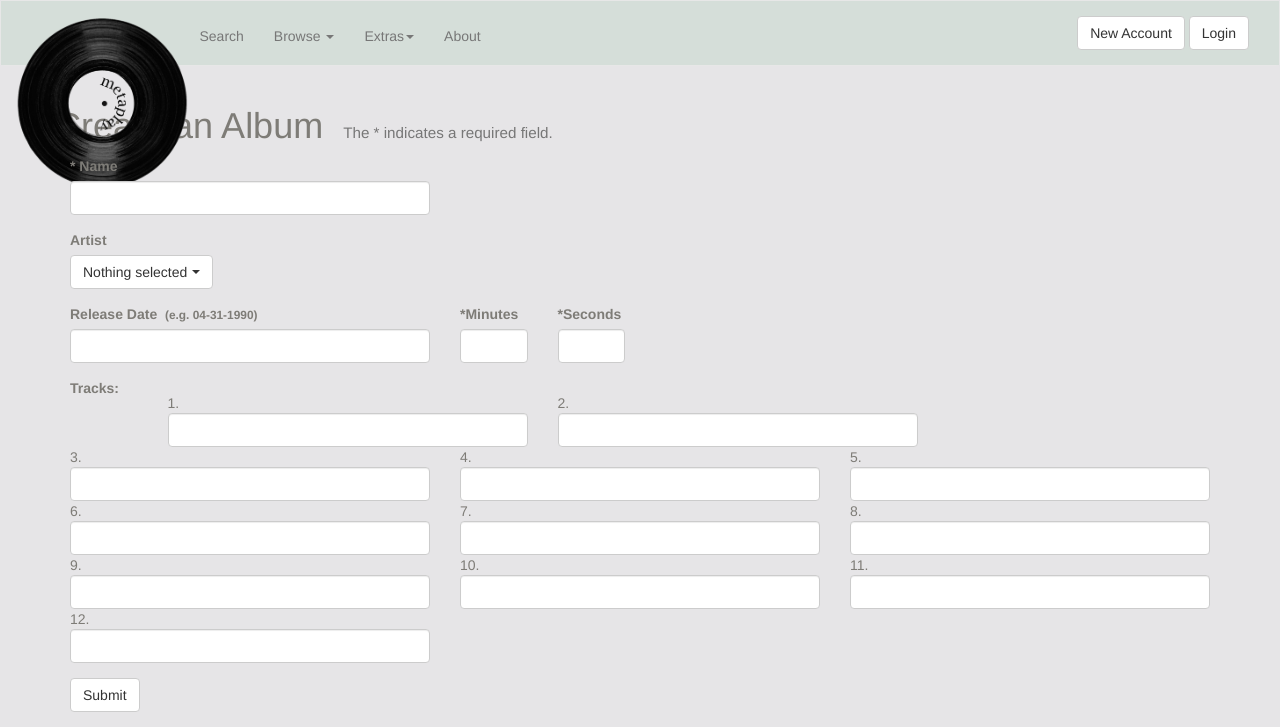
Repository: dRiott/Metaplay
Page: http://localhost/metaplay/WEB-INF/views/album_add.jsp
These files come from the project's save history. The page is drawn as it stood at one moment and after the next save; the edit follows.
The browser window is 1280 px wide. The pictures show the whole page.
Some web libraries are served in a nearby version. The page is served by Tomcat 9. Nobody is signed in. The template is opened directly, without the code that normally fills it, so the values that code supplies are empty.

Above is the page before, as saved 2015-09-29 20:31:14.
Console error: TypeError: Cannot set properties of null (setting 'value')

After the next save:
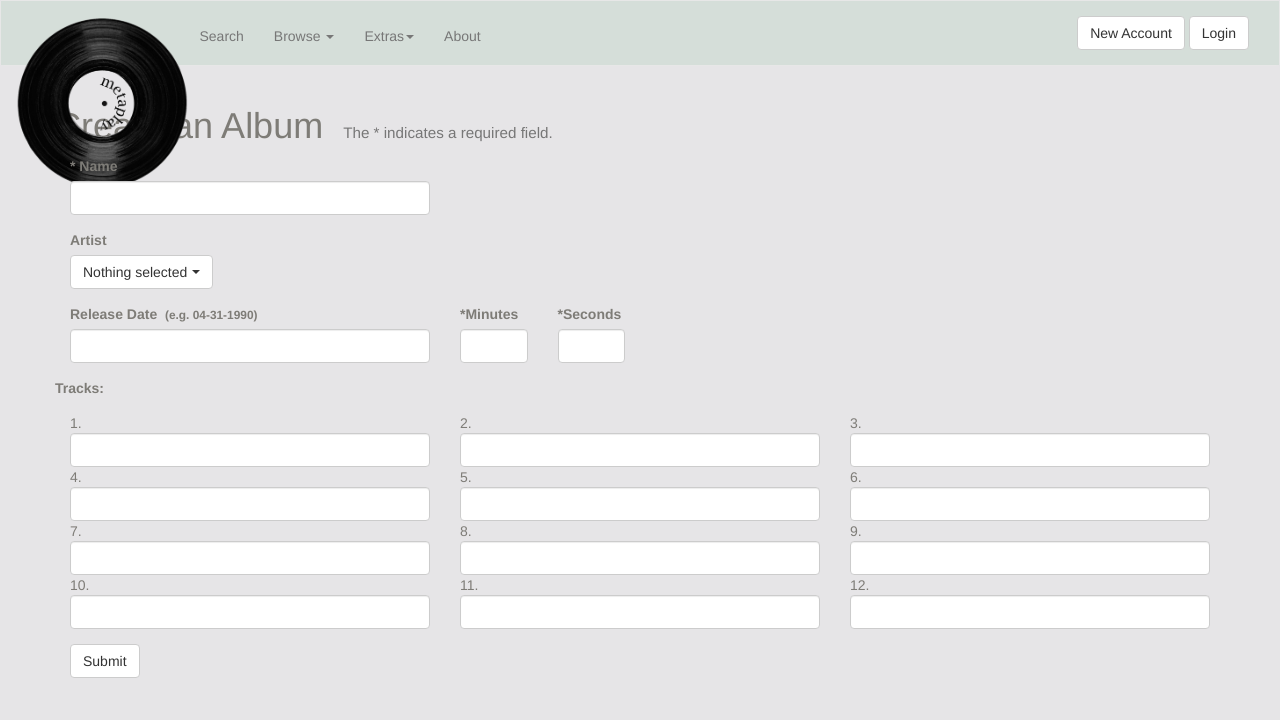
Saved 14 s later.
--- a/metaplay/src/main/webapp/WEB-INF/views/album_add.jsp
+++ b/metaplay/src/main/webapp/WEB-INF/views/album_add.jsp
@@ -84,10 +84,10 @@
 					<div class="form-group" style="float:clear;"></div>
 
 					<div class="row">
-						<div class="col-md-1">
+						<div class="form-group">
 						<label for="albumTrack">Tracks: </label>
 						</div>
-											<div class="form-group" style="float:clear;"></div>
+						<div class="form-group" style="float:clear;"></div>
 
 						<div class="col-md-4 showNextTrack">
 							<span>1. </span>
